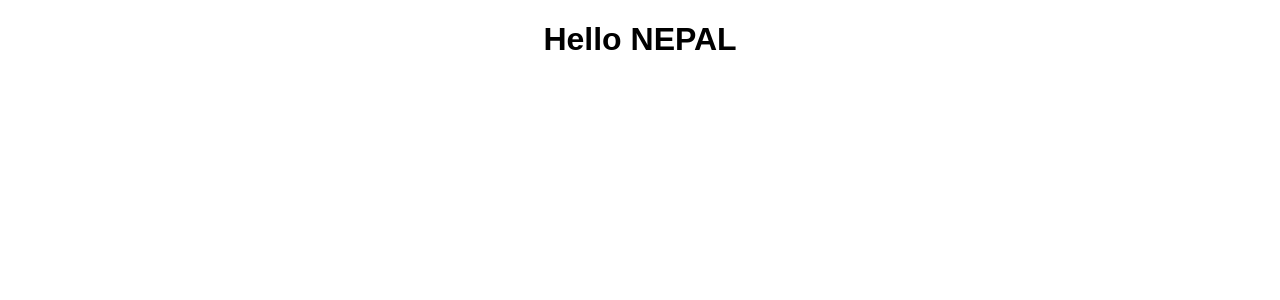
Repository: sajin-shrestha/React-Workshop
Page: /
An editor plug-in stored every save of this project. The page is shown before and after the next save, followed by the edit.
The browser window is 1280 px wide. The pictures show the whole page.
The page's requests for data from a server got no answer. The project was rebuilt for these pictures with package versions that can differ from the ones it lists, and the page was loaded fresh each time. No one was signed in, and anything a server would have sent is missing. Also part of the build but not shown: vite.config.js.

Above is the page before, as saved 2025-07-05 19:10:26.

After the next save:
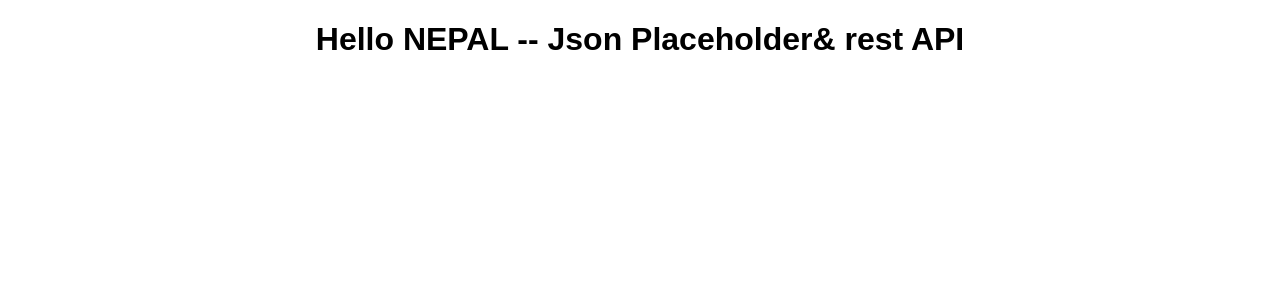
Saved 25 s later.
--- a/src/App.jsx
+++ b/src/App.jsx
@@ -13,7 +13,7 @@ const App = () => {
   return (
     <div>
       {/* <p>{user.name}</p> */}
-      <h1 style={{alignItems:'center', textAlign: 'center'}}>Hello NEPAL</h1>
+      <h1 style={{alignItems:'center', textAlign: 'center'}}>Hello NEPAL -- Json Placeholder& rest API</h1>
       <div >
       <ul id='container'>
         {
